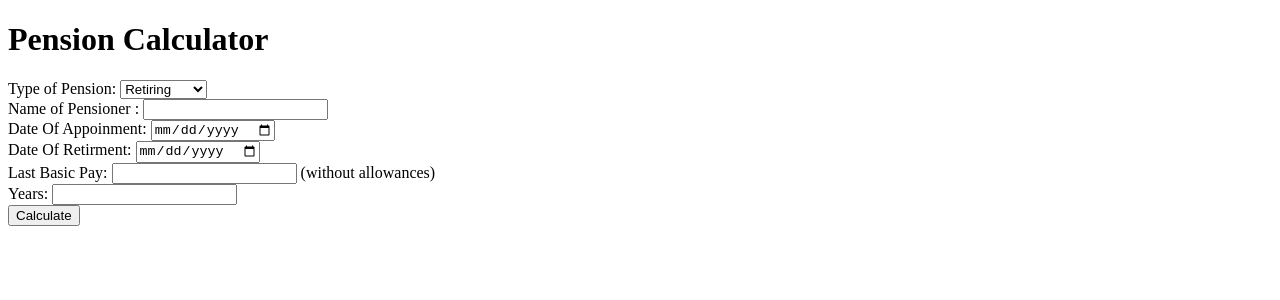
Repository: AQSA-ABDULLAH/RetirementManagmentSystem
Page: RetimentManagmentSystem/src/main/webapp/PensionCalculator.html
The author's editor kept a copy of each file at every save. The page is drawn from the files as they stood at one save, then again after the next save.
The browser window is 1280 px wide. The pictures show the whole page.

Above is the page before, as saved 2023-08-13 17:49:47.

After the next save:
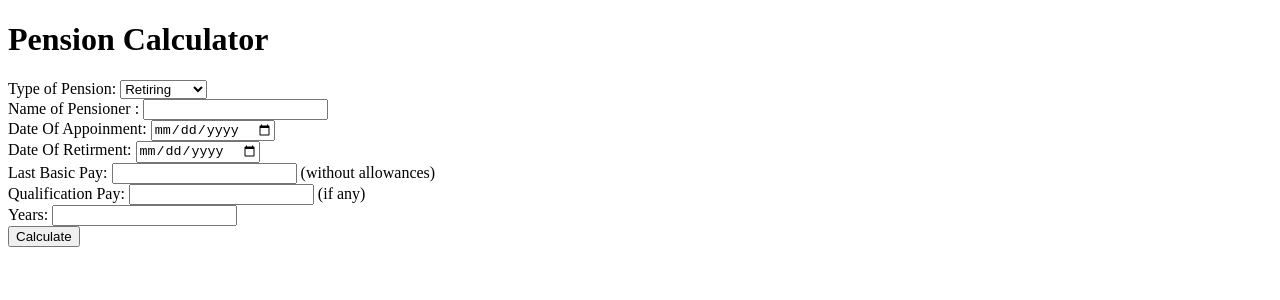
Saved 2 min 24 s later.
--- a/RetimentManagmentSystem/src/main/webapp/PensionCalculator.html
+++ b/RetimentManagmentSystem/src/main/webapp/PensionCalculator.html
@@ -46,6 +46,10 @@
     <input type="number" id="BasicPay" required>
     <span>(without allowances)</span><br>
 
+    <label for="QualificationPay">Qualification Pay:</label>
+    <input type="number" id="QualificationPay">
+    <span>(if any)</span><br>
+
     <label for="years">Years:</label>
     <input type="number" id="years" step="1" required><br>
 
